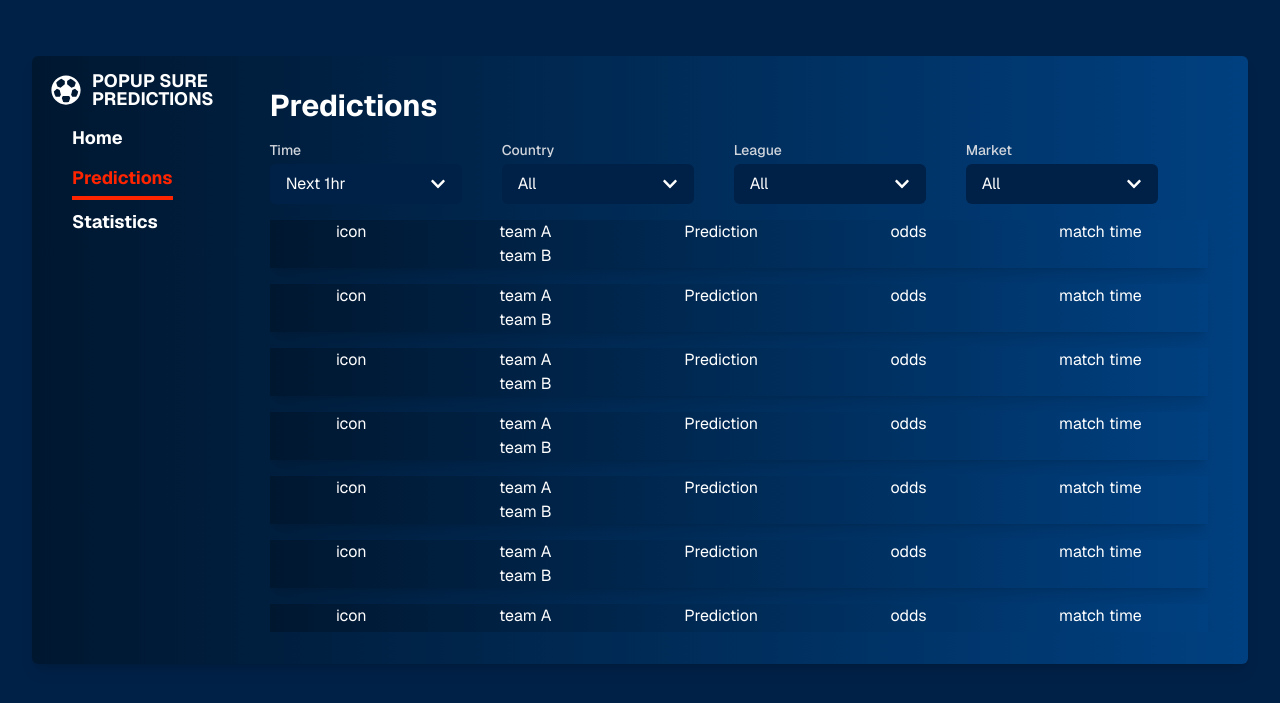
Repository: prototypedave/AlgoFooty
Page: /predictions (app in frontend/algo-footy/)
An editor plug-in stored every save of this project. The page is shown before and after the next save, followed by the edit.
The browser window is 1280 px wide. The pictures show the whole page.
The project was rebuilt for these pictures with package versions that can differ from the ones it lists, and the page was loaded fresh each time. The framework's server and built-in components were replaced by stand-ins that run in the browser. Also part of the build but not shown: frontend/algo-footy/next.config.ts.

Above is the page before, as saved 2025-11-03 08:49:37.

### frontend/algo-footy/app/predictions/page.tsx
"use client";
import { useState } from "react";
import Link from "next/link";
import { IoMdFootball } from "react-icons/io";
import { usePathname } from "next/navigation";
import Dropdown from "@/components/dropdown";
import {data as rawData } from "@/data/mock";

export default function Predictions() {
    const [timeFilter, setTimeFilter] = useState("Next 1hr");
    const [countryFilter, setCountryFilter] = useState("All");
    const [leagueFilter, setLeagueFilter] = useState("All");
    const [marketFilter, setMarketFilter] = useState("All");
    const pathname = usePathname();
    const data = Object.values(rawData);

    const filteredData = data.filter((match) => {
        const now = new Date();
        const matchTime = new Date(match.datetime);

        if (timeFilter !== "All") {
        const hours = parseInt(timeFilter.match(/\d+/)?.[0] || 0);
        const cutoff = new Date(now.getTime() + hours * 60 * 60 * 1000);
        if (matchTime > cutoff) return false;
        }
        if (countryFilter !== "All" && match.country !== countryFilter) return false;
        if (leagueFilter !== "All" && match.league !== leagueFilter) return false;
        if (marketFilter !== "All" && match.market !== marketFilter) return false;

        return true;
    });

    const countries = ["All", ...new Set(data.map((d) => d.country))];
    const leagues = ["All", ...new Set(data.map((d) => d.league))];
    const markets = ["All", ...new Set(data.map((d) => d.market))];

    return (
        <div className="relative flex flex-col min-h-screen items-center justify-center bg-oxford-blue font-sans">
            <nav className="absolute inset-x-0 top-0 bottom-0 bg-gradient-to-r from-[#001730] to-[#004080] text-white max-h-full rounded-md mx-8 my-14 shadow-lg flex gap-10 p-4">
                <div className="flex flex-col">
                    <div className="flex gap-2">
                        <IoMdFootball className="text-4xl"/>
                        <p className="text-lg font-bold leading-none">
                            <span className="block">POPUP SURE </span>
                            <span className="block">PREDICTIONS</span>
                        </p>
                    </div>
                    <div className="flex flex-col items-start gap-2 pt-4 pl-6 font-bold text-lg text-white">
                        <Link
                            href="/home"
                            className={`pb-1 ${
                            pathname === "/home"
                                ? "border-b-4 border-black font-bold"
                                : "border-b-0"
                            }`}
                        >
                            Home
                        </Link>
                        <Link href="/predictions"
                            className={`inline-block pb-1 ${
                                pathname === "/predictions"? "border-b-4 border-orange-red font-bold text-orange-red" : "border-b-0 border-orange-red"
                            }`}>Predictions</Link>
                        <Link href={"/statistics"}>Statistics</Link>
                    </div>
                </div>
                <div className="flex flex-col p-4 gap-4 w-full">
                    <h1 className="text-3xl font-bold">Predictions</h1>
                    <div className="flex gap-10 w-full">
                        <Dropdown
                            label="Time"
                            options={["Next 1hr", "Next 3hrs", "Next 6hrs", "Next 12hrs", "All"]}
                            onSelect={setTimeFilter}
                        />
                        <Dropdown label="Country" options={countries} onSelect={setCountryFilter} />
                        <Dropdown label="League" options={leagues} onSelect={setLeagueFilter} />
                        <Dropdown label="Market" options={markets} onSelect={setMarketFilter} />
                    </div>
                    <div className="flex w-full overflow-y-auto">
                        <ol className="flex flex-col w-full gap-4 pr-2">
                            <li className="flex bg-gradient-to-r from-[#001730] to-[#004080] w-full shadow-lg justify-around">
                                <p>icon</p>
                                <div>
                                    <p>team A</p>
                                    <p>team B</p>
                                </div>
                                <p>Prediction</p>
                                <div>odds</div>
                                <div>match time</div>
                            </li>
                            <li className="flex bg-gradient-to-r from-[#001730] to-[#004080] w-full shadow-lg justify-around">
                                <p>icon</p>
                                <div>
                                    <p>team A</p>
                                    <p>team B</p>
                                </div>
                                <p>Prediction</p>
                                <div>odds</div>
                                <div>match time</div>
                            </li>
                            <li className="flex bg-gradient-to-r from-[#001730] to-[#004080] shadow-lg justify-around">
                                <p>icon</p>
                                <div>
                                    <p>team A</p>
                                    <p>team B</p>
                                </div>
                                <p>Prediction</p>
                                <div>odds</div>
                                <div>match time</div>
                            </li>
                            <li className="flex bg-gradient-to-r from-[#001730] to-[#004080] shadow-lg justify-around">
                                <p>icon</p>
                                <div>
                                    <p>team A</p>
                                    <p>team B</p>
                                </div>
                                <p>Prediction</p>
                                <div>odds</div>
                                <div>match time</div>
                            </li>
                            <li className="flex bg-gradient-to-r from-[#001730] to-[#004080] shadow-lg justify-around">
                                <p>icon</p>
                                <div>
                                    <p>team A</p>
                                    <p>team B</p>
                                </div>
                                <p>Prediction</p>
                                <div>odds</div>
                                <div>match time</div>
                            </li>
                            <li className="flex bg-gradient-to-r from-[#001730] to-[#004080] shadow-lg justify-around">
                                <p>icon</p>
                                <div>
                                    <p>team A</p>
                                    <p>team B</p>
                                </div>
                                <p>Prediction</p>
                                <div>odds</div>
                                <div>match time</div>
                            </li>
                            <li className="flex bg-gradient-to-r from-[#001730] to-[#004080] shadow-lg justify-around">
                                <p>icon</p>
                                <div>
                                    <p>team A</p>
                                    <p>team B</p>
                                </div>
                                <p>Prediction</p>
                                <div>odds</div>
                                <div>match time</div>
                            </li>
                        </ol>
                    </div>
                </div>
            </nav>
        </div>
    );
}

### frontend/algo-footy/app/globals.css
@import "tailwindcss";

:root {
  --background: #ffffff;
  --foreground: #171717;
}

@theme inline {
  --color-background: var(--background);
  --color-foreground: var(--foreground);
  --font-sans: var(--font-geist-sans);
  --font-mono: var(--font-geist-mono);
}

@theme {
  --color-oxford-blue: #002147;
  --color-orange-red: #FF2400;
}

@media (prefers-color-scheme: dark) {
  :root {
    --background: #0a0a0a;
    --foreground: #ededed;
  }
}

body {
  background: var(--background);
  color: var(--foreground);
  font-family: Arial, Helvetica, sans-serif;
}

### frontend/algo-footy/components/dropdown.tsx
"use client";
import { useState } from "react";
import { FaChevronDown, FaChevronUp } from "react-icons/fa";

interface DropdownProps {
  label?: string;
  options: string[];
  onSelect: (value: string) => void;
}

export default function Dropdown({ label, options, onSelect }: DropdownProps) {
  const [isOpen, setIsOpen] = useState<boolean>(false);
  const [selected, setSelected] = useState<string>(options[0]);

  const handleSelect = (option: string) => {
    setSelected(option);
    setIsOpen(false);
    onSelect(option);
  };

  return (
    <div className="relative inline-block w-48 text-white">
      {label && (
        <p className="mb-1 text-sm text-gray-300 font-medium">{label}</p>
      )}

      <button
        onClick={() => setIsOpen((prev) => !prev)}
        className="flex justify-between items-center w-full bg-[#002147] hover:bg-[#003366] px-4 py-2 rounded-md"
      >
        <span>{selected}</span>
        <FaChevronDown
          className={`transition-transform ${isOpen ? <FaChevronUp/> : ""}`}
        />
      </button>

      {isOpen && (
        <ul className="absolute left-0 mt-2 w-full bg-[#001730] border border-[#004080] rounded-md z-10 max-h-60 overflow-y-auto">
          {options.map((option) => (
            <li
              key={option}
              onClick={() => handleSelect(option)}
              className="px-4 py-2 cursor-pointer hover:bg-[#004080] transition"
            >
              {option}
            </li>
          ))}
        </ul>
      )}
    </div>
  );
}

### frontend/algo-footy/data/mock.ts
// mockData.ts
export const data: {
  [id: string]: {
    datetime: string;
    market: string;
    country: string;
    league: string;
    home: string;
    away: string;
    odds: number;
  };
} = (() => {
  // Define reusable types
type Market = "Home Win" | "Away Win" | "Over 2.5";
type Country = "England" | "Spain" | "Germany" | "Italy" | "France";

type LeagueMap = Record<Country, string[]>;
type TeamMap = Record<Country, string[]>;

// Actual data
const markets: Market[] = ["Home Win", "Away Win", "Over 2.5"];

const countries: Country[] = ["England", "Spain", "Germany", "Italy", "France"];

const leagues: LeagueMap = {
  England: ["Premier League", "Championship"],
  Spain: ["La Liga", "Segunda Division"],
  Germany: ["Bundesliga", "2. Bundesliga"],
  Italy: ["Serie A", "Serie B"],
  France: ["Ligue 1", "Ligue 2"],
};

const teams: TeamMap = {
  England: ["Arsenal", "Chelsea", "Liverpool", "Man City", "Man United"],
  Spain: ["Real Madrid", "Barcelona", "Atletico Madrid", "Valencia"],
  Germany: ["Bayern Munich", "Dortmund", "Leipzig", "Leverkusen"],
  Italy: ["Juventus", "AC Milan", "Inter", "Napoli"],
  France: ["PSG", "Lyon", "Marseille", "Lille"],
};


  const generated: Record<string, any> = {};
  const now = new Date();

  for (let i = 0; i < 30; i++) {
    const country = countries[Math.floor(Math.random() * countries.length)];
    const league =
      leagues[country][Math.floor(Math.random() * leagues[country].length)];
    const home =
      teams[country][Math.floor(Math.random() * teams[country].length)];
    let away = teams[country][Math.floor(Math.random() * teams[country].length)];
    while (away === home) {
      away = teams[country][Math.floor(Math.random() * teams[country].length)];
    }

    const datetime = new Date(
      now.getTime() + Math.floor(Math.random() * 12) * 60 * 60 * 1000
    ).toISOString();

    generated[`match_${i + 1}`] = {
      datetime,
      market: markets[Math.floor(Math.random() * markets.length)],
      country,
      league,
      home,
      away,
      odds: (1.5 + Math.random() * 2.5).toFixed(2),
    };
  }

  return generated;
})();

Loaded but not shown: frontend/algo-footy/app/layout.tsx (common file)

After the next save:
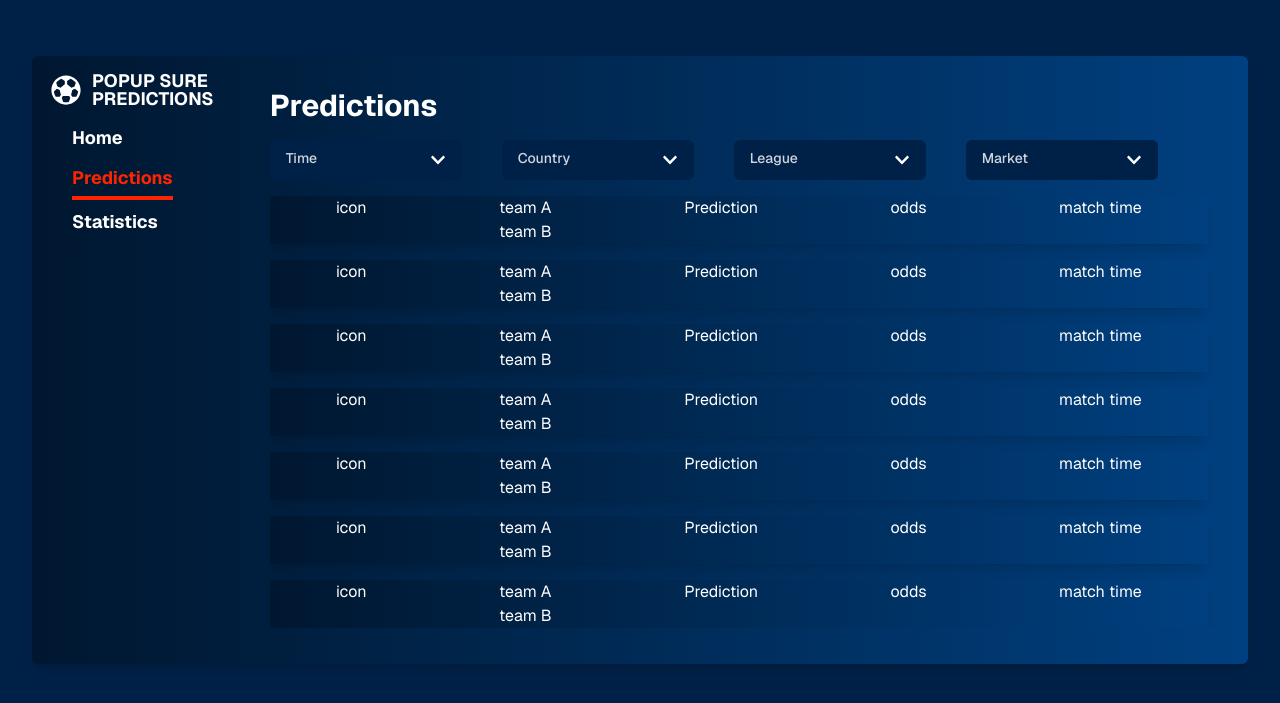
Saved 2 min 56 s later.
--- a/frontend/algo-footy/components/dropdown.tsx
+++ b/frontend/algo-footy/components/dropdown.tsx
@@ -20,15 +20,13 @@ export default function Dropdown({ label, options, onSelect }: DropdownProps) {
 
   return (
     <div className="relative inline-block w-48 text-white">
-      {label && (
-        <p className="mb-1 text-sm text-gray-300 font-medium">{label}</p>
-      )}
-
       <button
         onClick={() => setIsOpen((prev) => !prev)}
         className="flex justify-between items-center w-full bg-[#002147] hover:bg-[#003366] px-4 py-2 rounded-md"
       >
-        <span>{selected}</span>
+        {label && (
+        <span className="mb-1 text-sm text-gray-300 font-medium">{label}</span>
+      )}
         <FaChevronDown
           className={`transition-transform ${isOpen ? <FaChevronUp/> : ""}`}
         />
